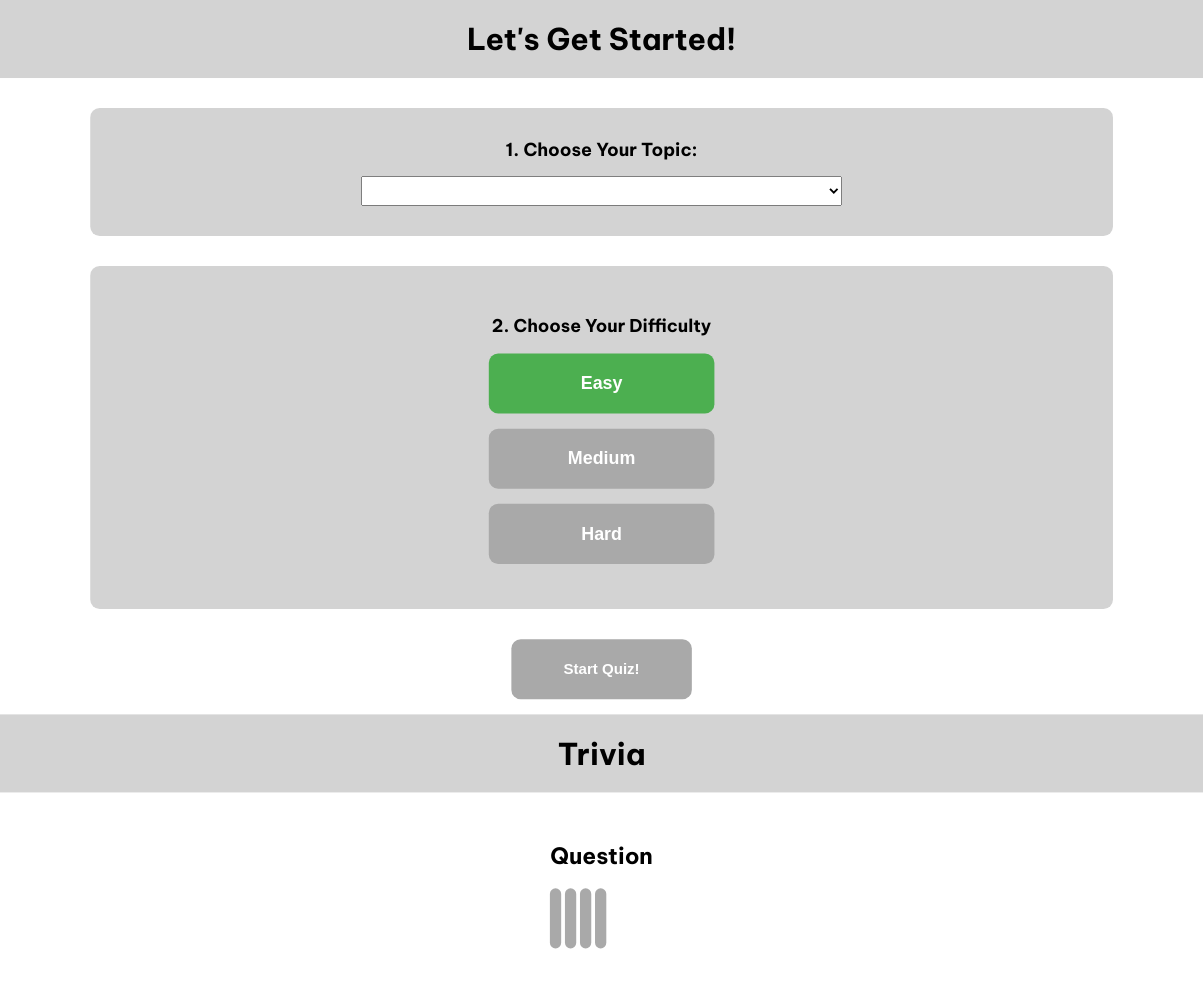
Repository: SaraShio/trivia_game
Page: index.html
These files come from the project's save history. The page is drawn as it stood at one moment and after the next save; the edit follows.
The browser window is 1280 px wide. The pictures show the whole page, at 94% of full size.
The page's requests for data from a server got no answer.

Above is the page before, as saved 2023-05-02 15:08:25.

### index.html
<!DOCTYPE html>
<html lang="en">

<head>
    <title>Trivia</title>
</head>

<script type="module" src="./src/main.js"></script>
<link rel="stylesheet" href="styles.css">

<body>
    <div class="container">
        <div class="header">
            <h1>Let's Get Started!</h1>
        </div>
        <div class="topic">
            <label for="categories">1. Choose Your Topic:</label>
            <select name="categories" id="getCategories">
            </select>
        </div>
        <div class="difficulty">
            <h3>2. Choose Your Difficulty</h3>
            <button class="level active">Easy</button>
            <button class="level">Medium</button>
            <button class="level">Hard</button>
        </div>
        <button class="start">Start Quiz!</button>
    </div>

    <div class="container" id="quiz">
        <div class="header">
            <h1>Trivia</h1>
        </div>
        <div class="question">
            <h2>Question</h2>
            <div class="options">
                <button class="option"></button>
                <button class="option"></button>
                <button class="option"></button>
                <button class="option"></button>
            </div>
        </div>
        <div class="progress">
            <div class="progress-bar"></div>
        </div>
    </div>
</body>

</html>

### src/main.js
import { getAll } from './categories.js'

getAll().then(data => {
    displayInDropdown(data);
});

var displayInDropdown = function (data) {
    if (Object.keys(data).length > 0) {
        var html = "<option></option>";
        for (let res of data.trivia_categories) {
            html += `<option>${res.name}</option>`;
        };
        document.querySelector('#getCategories').innerHTML = html;
    }
}

var difficulty = "Easy";
var buttons = document.querySelectorAll(".level");

buttons.forEach((button) => {
    button.addEventListener('click', (e) => {
        e.preventDefault();
        difficulty = button.innerHTML;
        buttons.forEach((button) => {
            button.classList.remove('active');
        });
        button.classList.add('active');
        console.log(difficulty);
    });
});

var startButton = document.querySelector('.start');
startButton.addEventListener('click', (e) => {
    e.preventDefault();
    var category = document.querySelector('#getCategories').value;
    if (category === "") {
        alert("Please select a category");
    } else {
        window.location.href = ``;
    }
});

### styles.css
@import url('https://fonts.googleapis.com/css2?family=Be+Vietnam+Pro:wght@300;400;700&display=swap');

body {
    margin: 0 auto;
    font-family: 'Be Vietnam Pro', sans-serif;
}

.container {
    display: flex;
    flex-direction: column;
    align-items: center;
    gap: 2rem;
}

.hidden {
    display: none;
}

.header {
    width: 100%;
    background-color: lightgrey;
    display: flex;
    justify-content: center;
}

.topic,
.difficulty {
    display: flex;
    flex-direction: column;
    align-items: center;
    text-align: center;
    width: 80%;
    padding: 2rem;
    background-color: lightgrey;
    border-radius: 10px;
}

label {
    font-size: 19px;
    font-weight: 700;
    padding-bottom: 1rem;
}

#getCategories {
    width: 50%;
    height: 2rem;
}

button {
    font-weight: 700;
    height: 4rem;
    margin-bottom: 1rem;
    border-radius: 10px;
    border: none;
    color: white;
    background-color: darkgrey;
}

.level {
    width: 15rem;
    font-size: 19px;
    transition: background-color 0.3s ease;
}

.level.active {
    background-color: #4CAF50;
}

.start {
    font-size: 16px;
    width: 12rem;
}

### src/categories.js
export const getAll = async function () {
    var url = 'https://opentdb.com/api_category.php';

    const data = await fetch(url)
       .then(res => res.json());
    return data;
 }

After the next save:
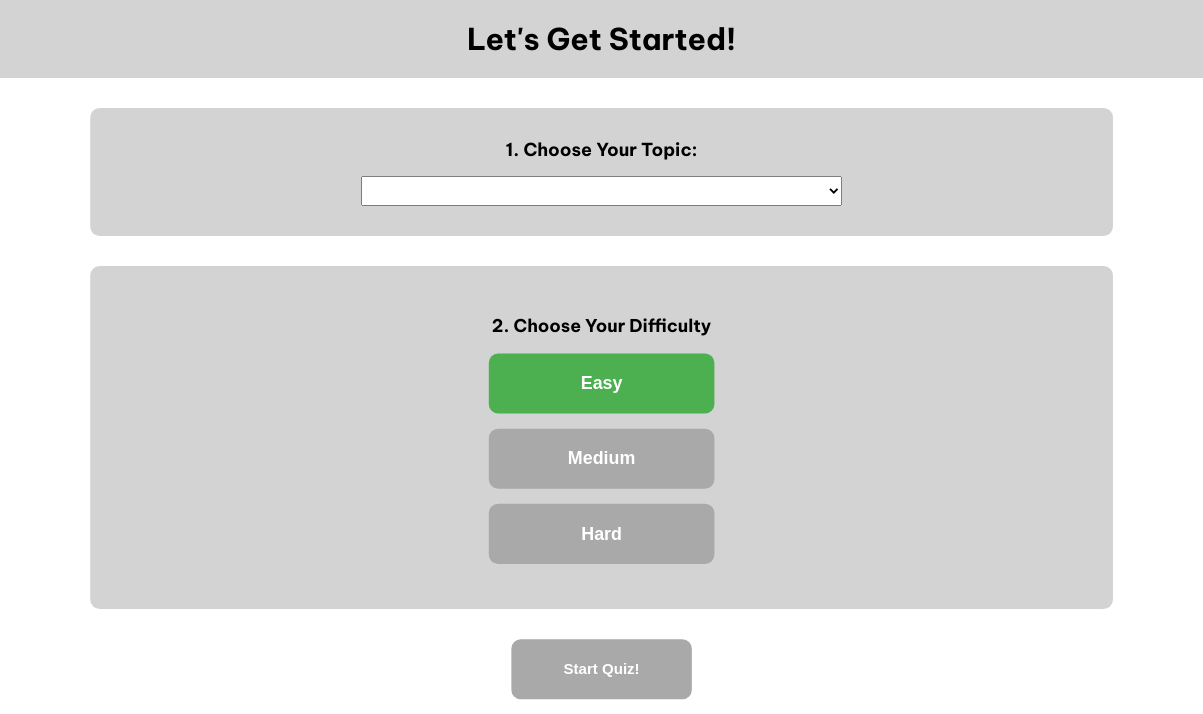
Saved 7 s later.
--- a/index.html
+++ b/index.html
@@ -27,7 +27,7 @@
         <button class="start">Start Quiz!</button>
     </div>
 
-    <div class="container" id="quiz">
+    <div class="container hidden" id="quiz">
         <div class="header">
             <h1>Trivia</h1>
         </div>
